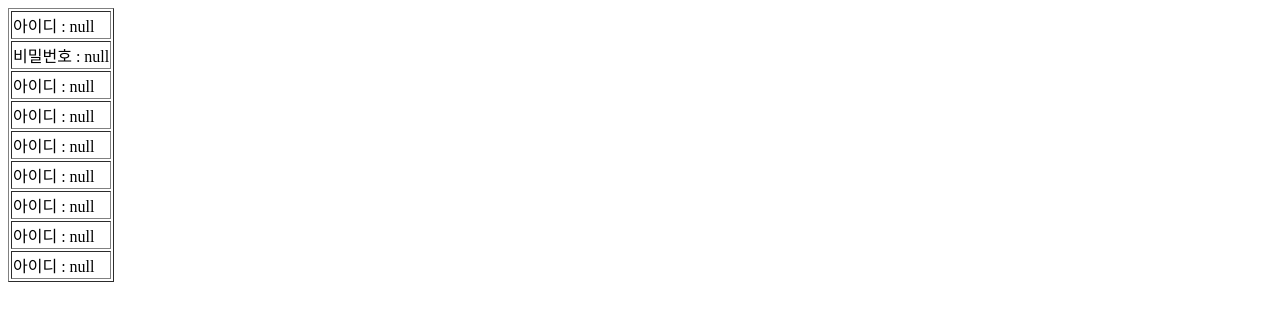
Repository: tldnwkd/jspclass2026
Page: http://localhost/chapter01/Request/RequestJoinProc.jsp
These files come from the project's save history. The page is drawn as it stood at one moment and after the next save; the edit follows.
The browser window is 1280 px wide. The pictures show the whole page.
The page is served by Tomcat 9.

Above is the page before, as saved 2026-10-19 07:20:58.

### chapter01/src/main/webapp/Request/RequestJoinProc.jsp
<%@ page language="java" contentType="text/html; charset=UTF-8"
    pageEncoding="UTF-8"%>
<!DOCTYPE html>
<html>
<head>
<meta charset="UTF-8">
<title>Insert title here</title>
</head>
<body>
	<%
		request.setCharacterEncoding("utf-8");

		String id = request.getParameter("id");
		String pass = request.getParameter("pass");
		String passchk = request.getParameter("passchk");
		String email = request.getParameter("email");
		String tel = request.getParameter("tel");
		String hobby[] = request.getParameterValues("hobby");
		String job = request.getParameter("job");
		String age = request.getParameter("age");
		String info = request.getParameter("info");
	%>
	<table border="1">
		<tr>
			<td>아이디 : <%= id%></td>
		</tr>
		<tr>
			<td>비밀번호 : <%= pass%></td>
		</tr>
		<tr>
			<td>아이디 : <%= passchk%></td>
		</tr>
		<tr>
			<td>아이디 : <%= email%></td>
		</tr>
		<tr>
			<td>아이디 : <%= tel%></td>
		</tr>
		<tr>
			<td>아이디 : <%= hobby%></td>
		</tr>
		<tr>
			<td>아이디 : <%= job%></td>
		</tr>
		<tr>
			<td>아이디 : <%= age%></td>
		</tr>
		<tr>
			<td>아이디 : <%= info%></td>
		</tr>
	</table>
</body>
</html>

After the next save:
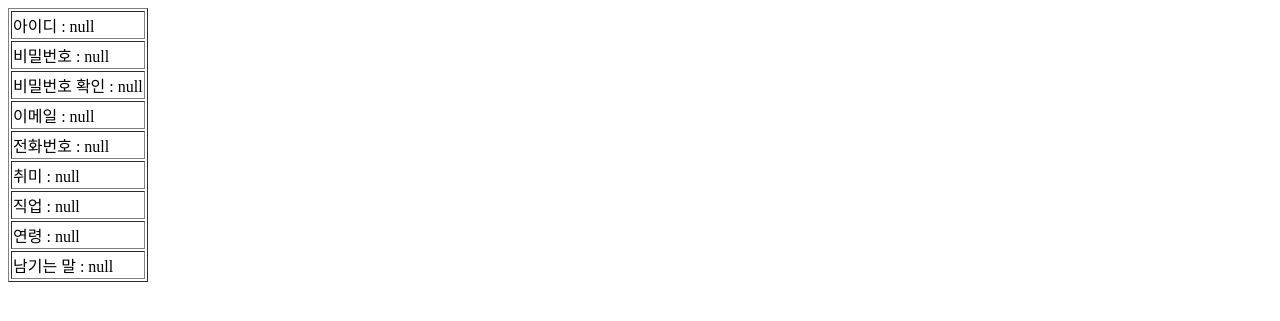
Saved 76 s later.
--- a/chapter01/src/main/webapp/Request/RequestJoinProc.jsp
+++ b/chapter01/src/main/webapp/Request/RequestJoinProc.jsp
@@ -28,25 +28,25 @@
 			<td>비밀번호 : <%= pass%></td>
 		</tr>
 		<tr>
-			<td>아이디 : <%= passchk%></td>
+			<td>비밀번호 확인 : <%= passchk%></td>
 		</tr>
 		<tr>
-			<td>아이디 : <%= email%></td>
+			<td>이메일 : <%= email%></td>
 		</tr>
 		<tr>
-			<td>아이디 : <%= tel%></td>
+			<td>전화번호 : <%= tel%></td>
 		</tr>
 		<tr>
-			<td>아이디 : <%= hobby%></td>
+			<td>취미 : <%= hobby%></td>
 		</tr>
 		<tr>
-			<td>아이디 : <%= job%></td>
+			<td>직업 : <%= job%></td>
 		</tr>
 		<tr>
-			<td>아이디 : <%= age%></td>
+			<td>연령 : <%= age%></td>
 		</tr>
 		<tr>
-			<td>아이디 : <%= info%></td>
+			<td>남기는 말 : <%= info%></td>
 		</tr>
 	</table>
 </body>
